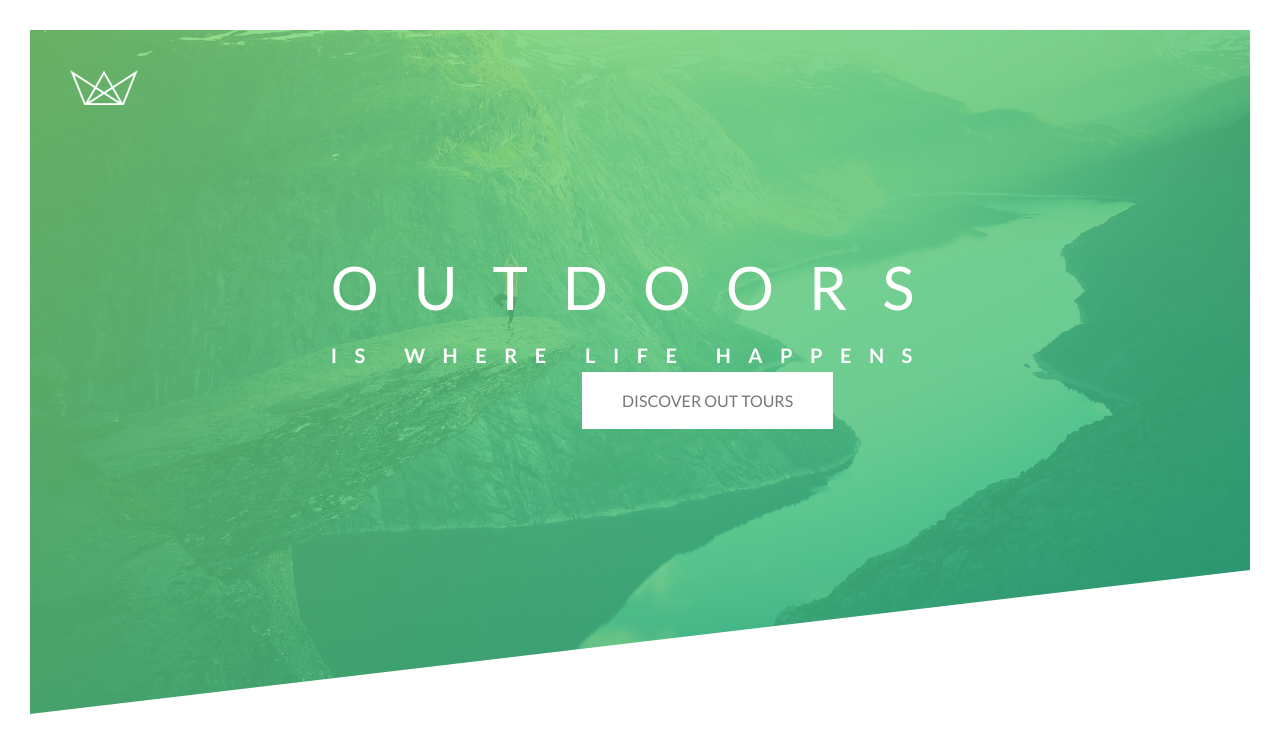
Repository: kamilluc/advanced-css-course
Page: Natours/my-implementation/index.html
The author's editor kept a copy of each file at every save. The page is drawn from the files as they stood at one save, then again after the next save.
The browser window is 1280 px wide. The pictures show the whole page.

Above is the page before, as saved 2019-05-24 23:25:10.

### Natours/my-implementation/index.html
<!DOCTYPE html>
<html lang="en">
  <head>
    <meta charset="UTF-8" />
    <meta name="viewport" content="width=device-width, initial-scale=1.0" />

    <link
      href="https://fonts.googleapis.com/css?family=Lato:100,300,400,700,900"
      rel="stylesheet"
    />

    <link rel="stylesheet" href="css/icon-font.css" />
    <link rel="stylesheet" href="css/style.css" />
    <link rel="shortcut icon" type="image/png" href="img/favicon.png" />

    <title>Natours | Exciting tours for adventurous people</title>
  </head>
  <body>
    <!-- HEADER -->
    <header class="header">
      <div class="logo-box">
        <img src="img/logo-white.png" alt="logo" class="logo" />
      </div>
      <div class="text-box">
        <h1 class="heading-primary">
          <span class="heading-primary-main">Outdoors</span>
          <span class="heading-primary-sub">is where life happens</span>
        </h1>
        <a href="#" class="btn btn-white">Discover out tours</a>
      </div>
    </header>
  </body>
</html>

### Natours/my-implementation/css/style.css
/*
COLORS:

Light green: #7ed56f
Medium green: #55c57a
Dark green: #28b485

*/

/* BASIC RESET, NORMALIZE COULD BE USED BUT NOT REALLY NEEDED */
*,
::before,
::after {
  margin: 0;
  padding: 0;
  box-sizing: border-box;
}

/* FONTS SETTING HERE, NOT IN * CUZ THEY ARE INHERITED */
body {
  font-family: "Lato", sans-serif;
  font-weight: 400;
  font-size: 16px;
  line-height: 1.7;
  color: #777;
  padding: 30px;
}

.header {
  height: 95vh;
  background-image: linear-gradient(
      to right bottom,
      rgba(126, 213, 111, 0.8),
      rgba(40, 180, 131, 0.8)
    ),
    url("../img/hero.jpg");
  background-size: cover;
  background-position: top;
  clip-path: polygon(0 0, 100% 0, 100% 75vh, 0 100%);
  /* AA 4CHROME */
  -webkit-backface-visibility: hidden;
  position: relative;
}

.logo-box {
  position: absolute;
  top: 40px;
  left: 40px;
}

.logo {
  height: 35px;
}

.text-box {
  position: absolute;
  top: 40%;
  left: 50%;
  transform: translate(-50%, -50%);
}

.heading-primary {
  color: white;
  text-transform: uppercase;
  /* FIX TO ANIMATION, WITH IT OBJECT DOESN'T MOVE TO TOP AT THE END OF ANIMATION, PROBABLY NO LONGER NEED AS TODAY */
  /* backface-visibility: hidden; */
}

.heading-primary-main {
  display: block;
  font-size: 60px;
  font-weight: 400;
  letter-spacing: 35px;
  animation: moveInLeft 1s 0.3s;
}

.heading-primary-sub {
  display: block;
  font-size: 20px;
  font-weight: 700;
  letter-spacing: 17.5px;
  animation: moveInRight 1.2s 0.3s;
}

@keyframes moveInLeft {
  0% {
    opacity: 0;
    transform: translateX(-100px);
  }
  75% {
    transform: translateX(10px);
  }
  100% {
    opacity: 1;
    transform: translate(0);
  }
}
@keyframes moveInRight {
  0% {
    opacity: 0;
    transform: translateX(100px);
  }
  75% {
    transform: translateX(-10px);
  }
  100% {
    opacity: 1;
    transform: translate(0);
  }
}

.btn:link,
.btn:visited {
  text-transform: uppercase;
  text-decoration: none;
  padding: 15px 40px;
  display: inline-block;
  position: absolute;

  transform: translateX(100%);
}

.btn-white {
  background-color: white;
  color: #777;
}

Loaded but not shown: Natours/my-implementation/css/icon-font.css (no copy from this time; the picture is the same without it)

After the next save:
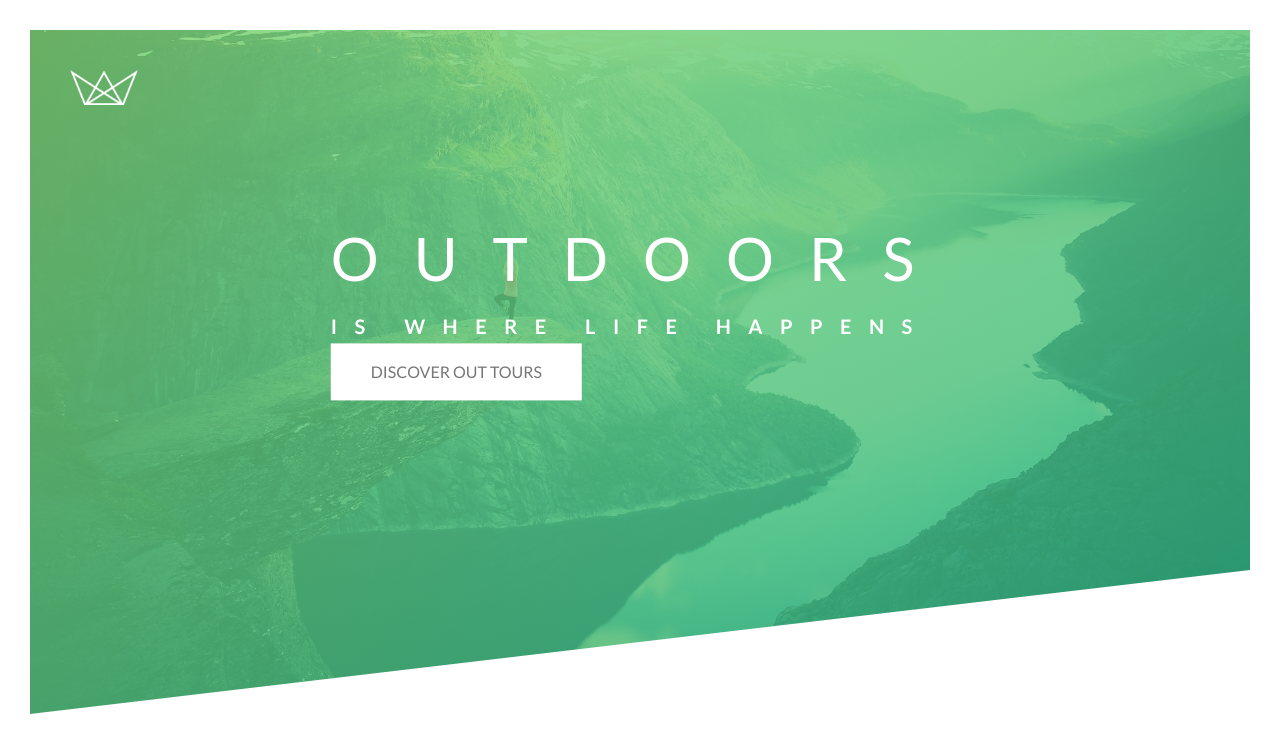
Saved 9 s later.
--- a/Natours/my-implementation/css/style.css
+++ b/Natours/my-implementation/css/style.css
@@ -115,9 +115,7 @@ body {
   text-decoration: none;
   padding: 15px 40px;
   display: inline-block;
-  position: absolute;
-
-  transform: translateX(100%);
+  margin: 0 auto;
 }
 
 .btn-white {
